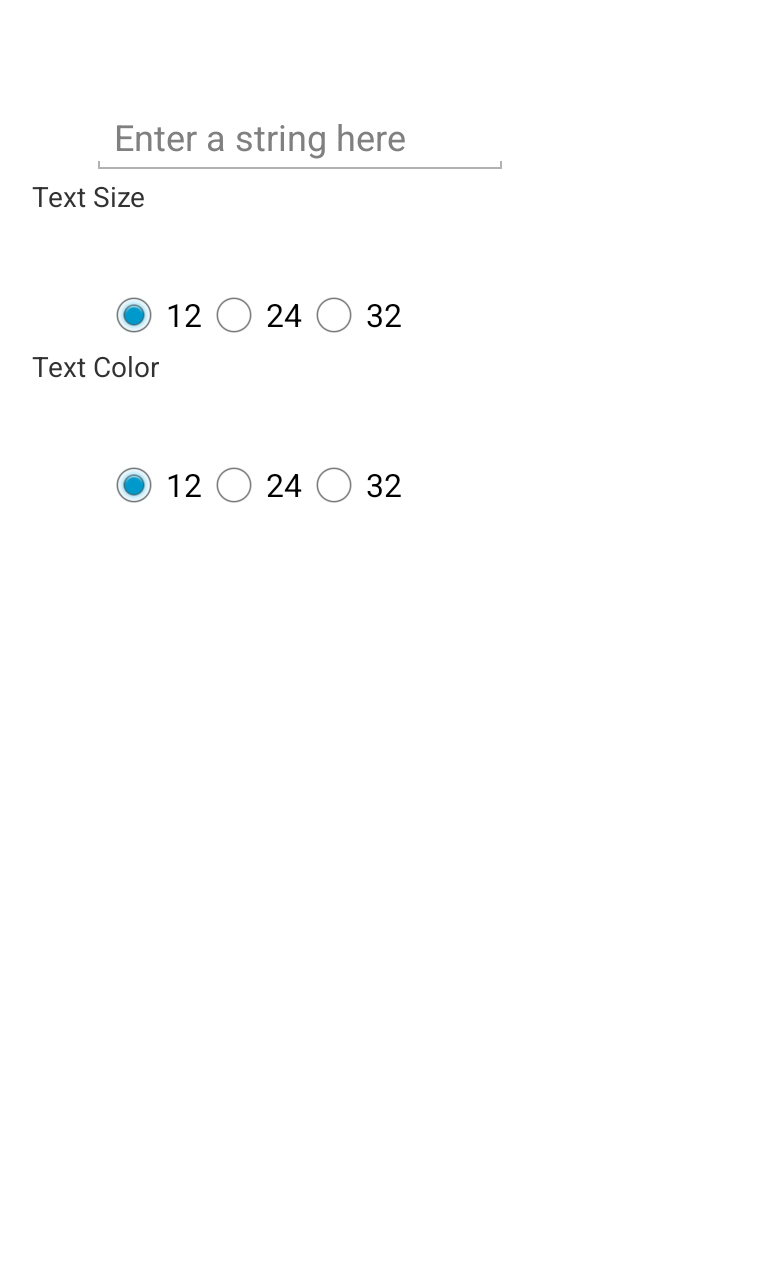
Repository: 12030121030/eventhandling
Layout: TextFormatter/res/layout/activity_main.xml
These files come from the project's save history. The layout is drawn as it stood at one moment and after the next save; the edit follows.
It is drawn on a 768 x 1280 px phone screen (xhdpi) without system bars, with theme AppTheme; the app's code is not run.

Above is the layout before, as saved 2015-01-02 03:25:09.

After the next save:
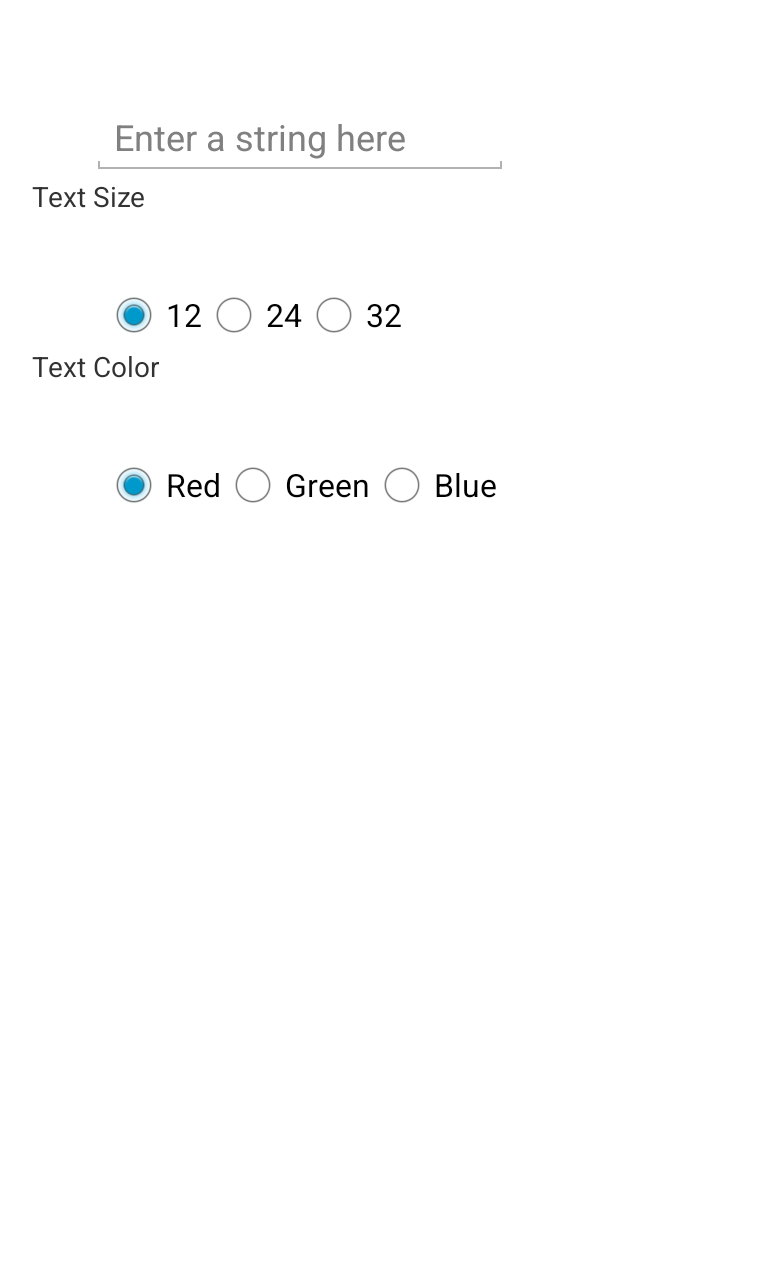
Saved 28 s later.
--- a/TextFormatter/res/layout/activity_main.xml
+++ b/TextFormatter/res/layout/activity_main.xml
@@ -77,18 +77,19 @@
             android:layout_width="wrap_content"
             android:layout_height="wrap_content"
             android:checked="true"
-            android:text="12" />
+            android:text="Red" />
 
         <RadioButton
             android:id="@+id/radio02"
             android:layout_width="wrap_content"
             android:layout_height="wrap_content"
-            android:text="24" />
+            android:text="Green" />
 
         <RadioButton
             android:id="@+id/radio03"
             android:layout_width="wrap_content"
             android:layout_height="wrap_content"
-            android:text="32" />
+            android:text="Blue" />
     </RadioGroup>
+
 </LinearLayout>
